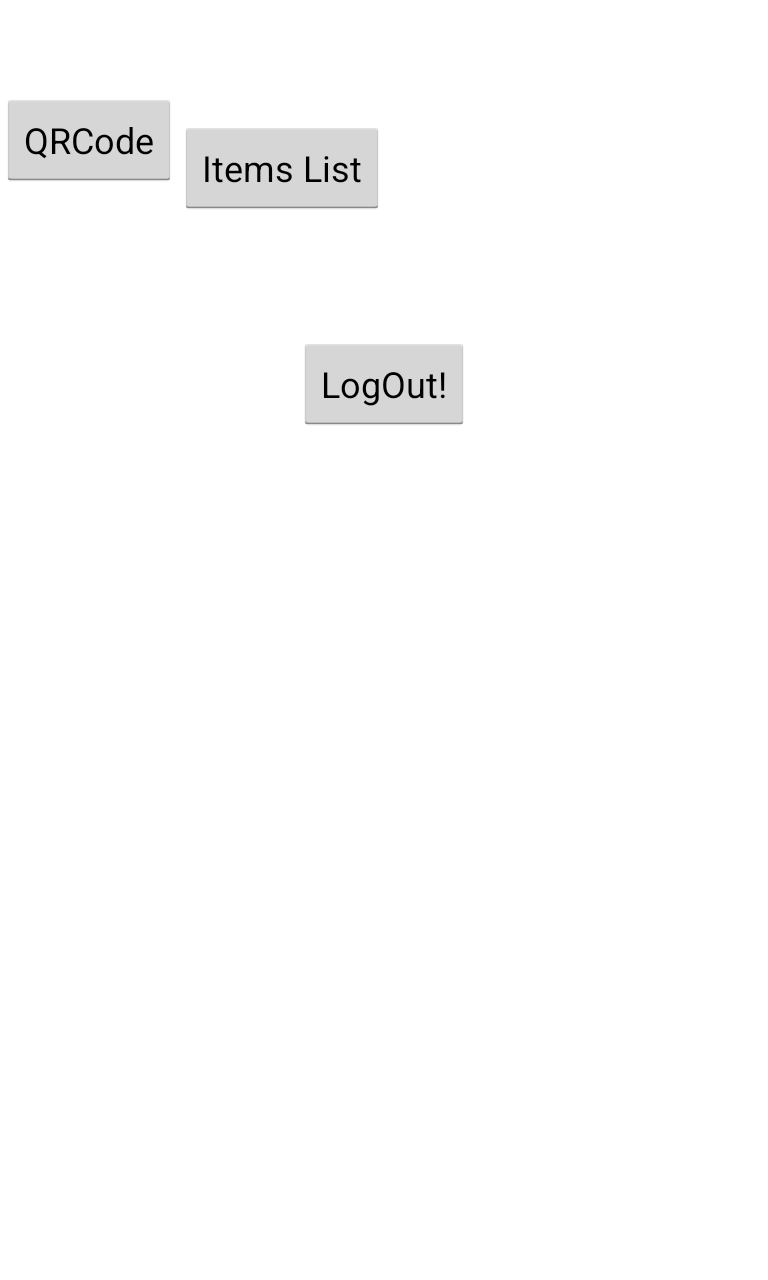
Repository: raphaelferras/eshelf
Layout: eshelfApp/E-shelf/res/layout/activity_menu.xml
These files come from the project's save history. The layout is drawn as it stood at one moment and after the next save; the edit follows.
It is drawn on a 768 x 1280 px phone screen (xhdpi) without system bars, with theme AppTheme; the app's code is not run.

Above is the layout before, as saved 2013-03-23 21:02:26.

After the next save:
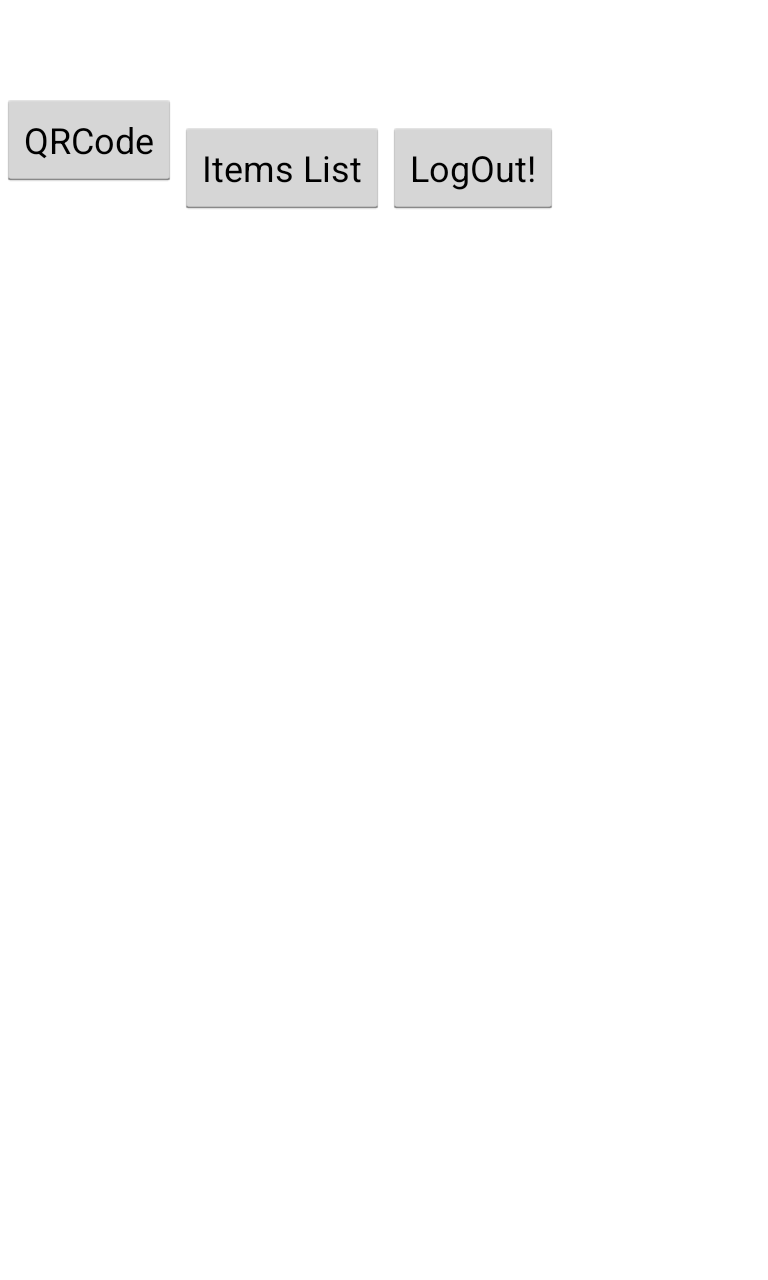
Saved 21 s later.
--- a/eshelfApp/E-shelf/res/layout/activity_menu.xml
+++ b/eshelfApp/E-shelf/res/layout/activity_menu.xml
@@ -15,18 +15,19 @@
         android:id="@+id/items_list"
         android:layout_width="wrap_content"
         android:layout_height="wrap_content"
-        android:layout_toRightOf="@+id/qrcode"
         android:layout_alignParentBotton="true"
         android:layout_marginTop="60dp"
+        android:layout_toRightOf="@+id/qrcode"
         android:text="Items List" />
 
     <Button
         android:id="@+id/logout"
         android:layout_width="wrap_content"
         android:layout_height="wrap_content"
-        android:layout_below="@+id/items_list"
+        android:layout_alignParentBotton="true"
         android:layout_centerHorizontal="true"
         android:layout_marginTop="60dp"
+        android:layout_toRightOf="@+id/items_list"
         android:text="LogOut!" />
 
 </RelativeLayout>
